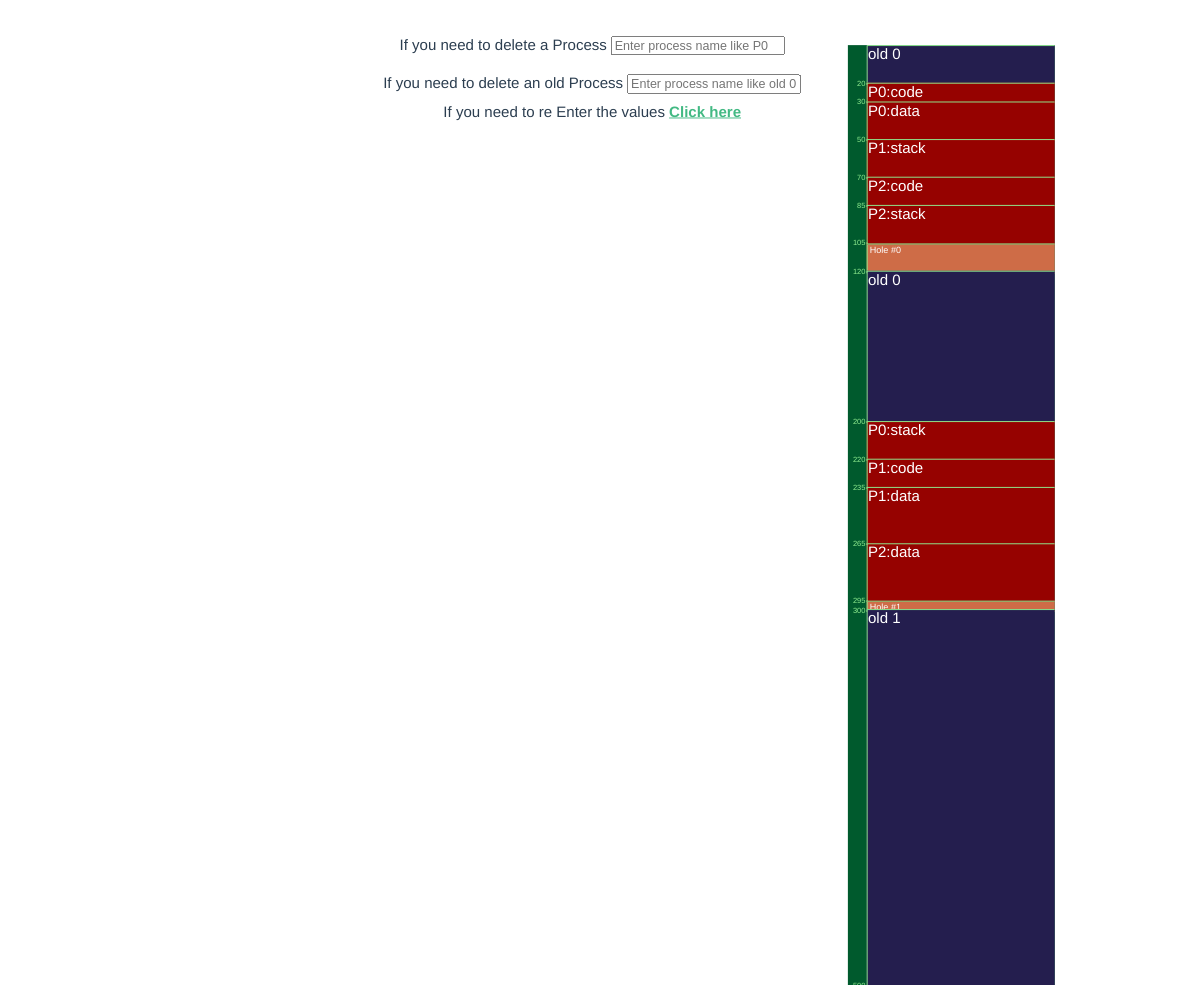
Repository: atout811/memory-allocation-project
Page: /#/final
The author's editor kept a copy of each file at every save. The page is drawn from the files as they stood at one save, then again after the next save.
The browser window is 1280 px wide. The pictures show the whole page, at 94% of full size.
The project was rebuilt for these pictures with package versions that can differ from the ones it lists, and the page was loaded fresh each time. Also part of the build but not shown: src/views/MemoryAndHoles.vue, src/views/Process.vue, src/views/Methods.vue.

Above is the page before, as saved 2021-06-10 17:34:56.

After the next save:
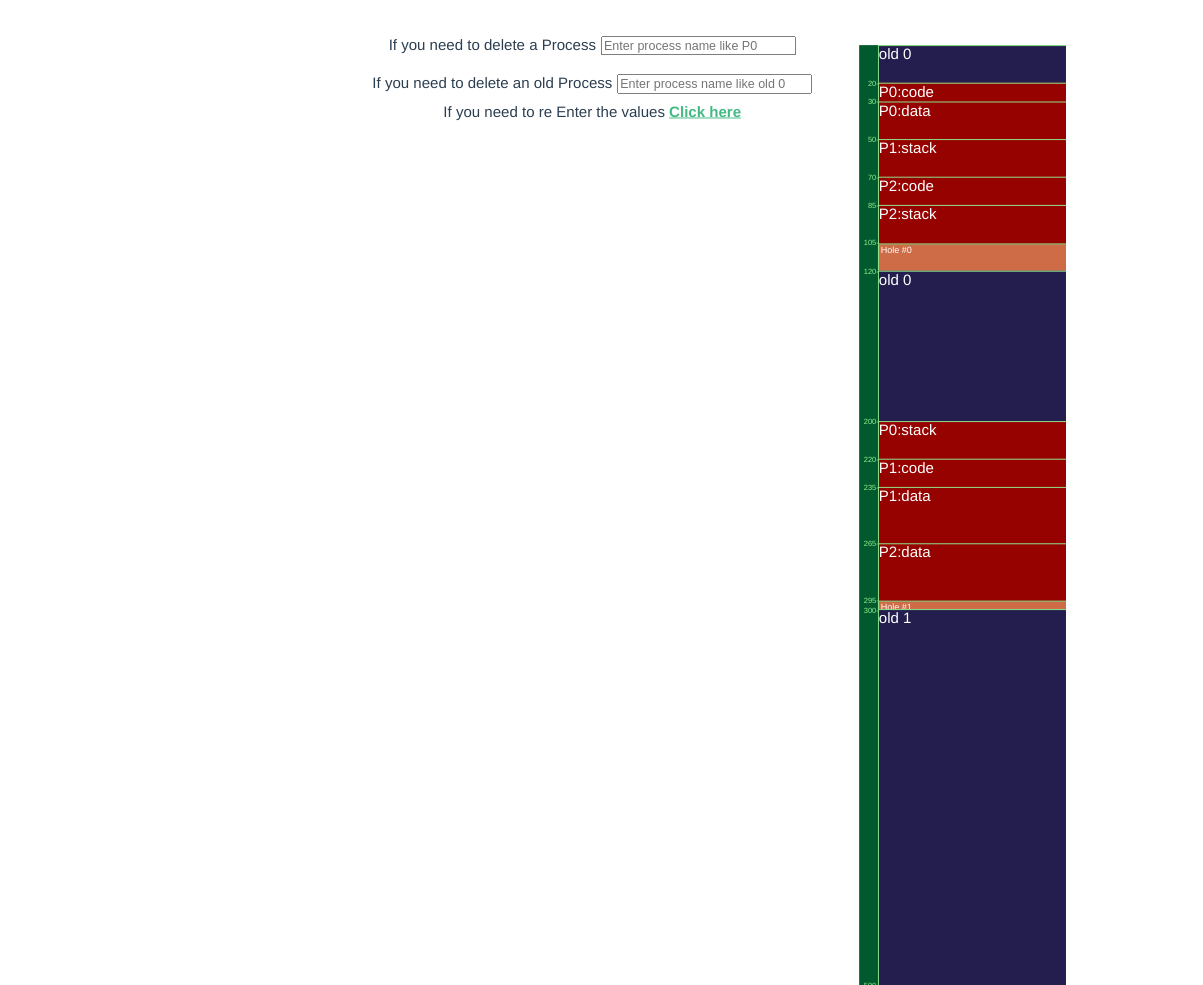
Saved 5 s later.
--- a/src/views/Final.vue
+++ b/src/views/Final.vue
@@ -379,7 +379,7 @@ export default {
 div {
   margin: 10px;
 }
-.input {
+input {
   width: 200px;
 }
 .cont {
